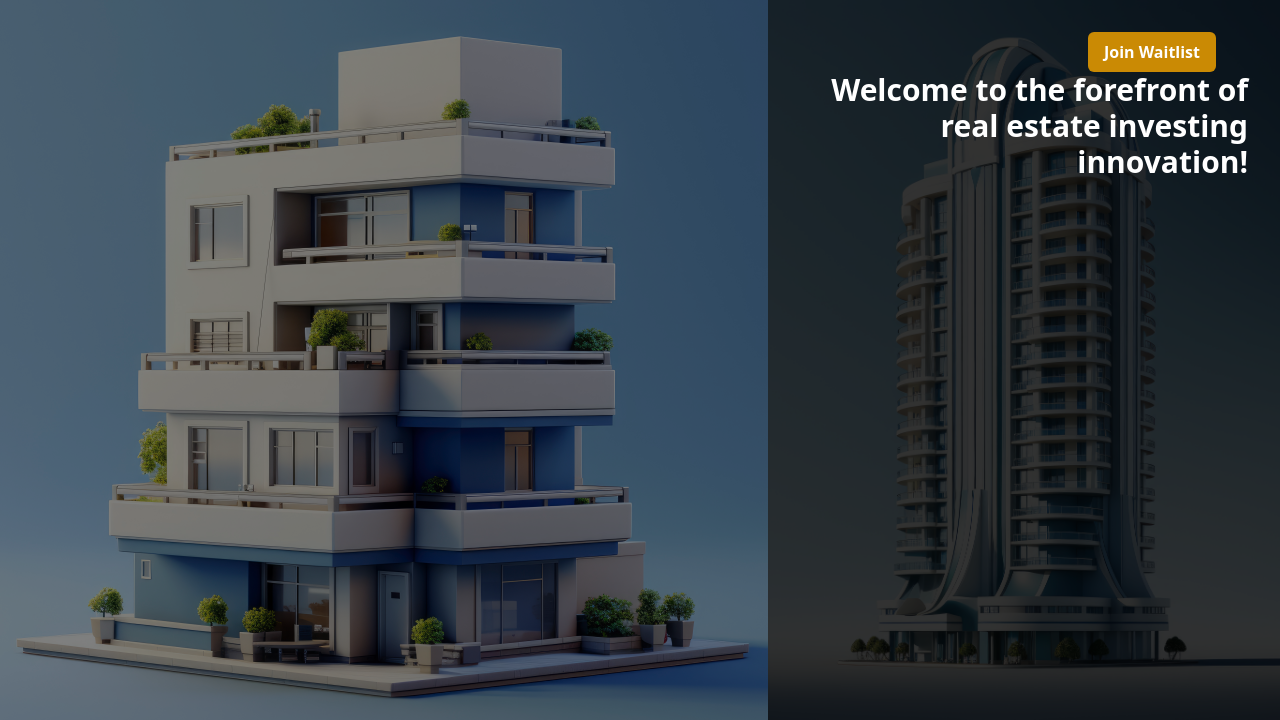
Repository: brytemenz/investnest-landing
Page: /
These files come from the project's save history. The page is drawn as it stood at one moment and after the next save; the edit follows.
The browser window is 1280 px wide. The pictures show the whole page.
The project was rebuilt for these pictures with package versions that can differ from the ones it lists, and the page was loaded fresh each time. Also part of the build but not shown: vite.config.js.

Above is the page before, as saved 2024-05-28 19:14:25.

### src/main.jsx
// src/main.jsx
import 'antd/dist/reset.css';
import './index.css';
import './landingPage.css';
import React from 'react';
import ReactDOM from 'react-dom/client';
import App from './App';

ReactDOM.createRoot(document.getElementById('root')).render(
  <React.StrictMode>
    <App />
  </React.StrictMode>
);

### src/landingPage.css
/* src/landingPage.css */
.bg-cover {
  background-size: cover;
}

.bg-center {
  background-position: center;
}

### src/App.jsx
// src/App.jsx
import React from 'react';
import LandingPage from './pages/landingPage';

const App = () => {
  return (
    <LandingPage />
  );
};

export default App;

### src/pages/landingPage.jsx
// src/pages/LandingPage.jsx
import React from 'react';
import leftImage from '../assets/leftimage.jpg';
import rightImage from '../assets/rightimage.jpg';
import '../landingPage.css';

const LandingPage = () => {
  return (
    <div className="flex min-h-screen">
      <div className="w-3/5 relative">
        <div className="absolute inset-0 bg-black bg-opacity-50"></div>
        <div className="bg-cover bg-center h-full" style={{ backgroundImage: `url(${leftImage})` }}></div>
      </div>
      <div className="w-2/5 relative">
        <div className="bg-cover bg-center h-full" style={{ backgroundImage: `url(${rightImage})` }}>
          <div className="absolute inset-0 bg-black bg-opacity-80 flex flex-col justify-start items-end text-white px-8">
            <button className="bg-yellow-600 text-white px-4 py-2 rounded-md font-bold mt-8 mr-8">Join Waitlist</button>
            <div className="text-right">
              <h2 className="text-3xl font-bold mb-4">Welcome to the forefront of real estate investing innovation!</h2>
            </div>
          </div>
        </div>
      </div>
    </div>
  );
};

export default LandingPage;

Loaded but not shown: src/index.css (common file); tailwind.config.js (common file)

After the next save:
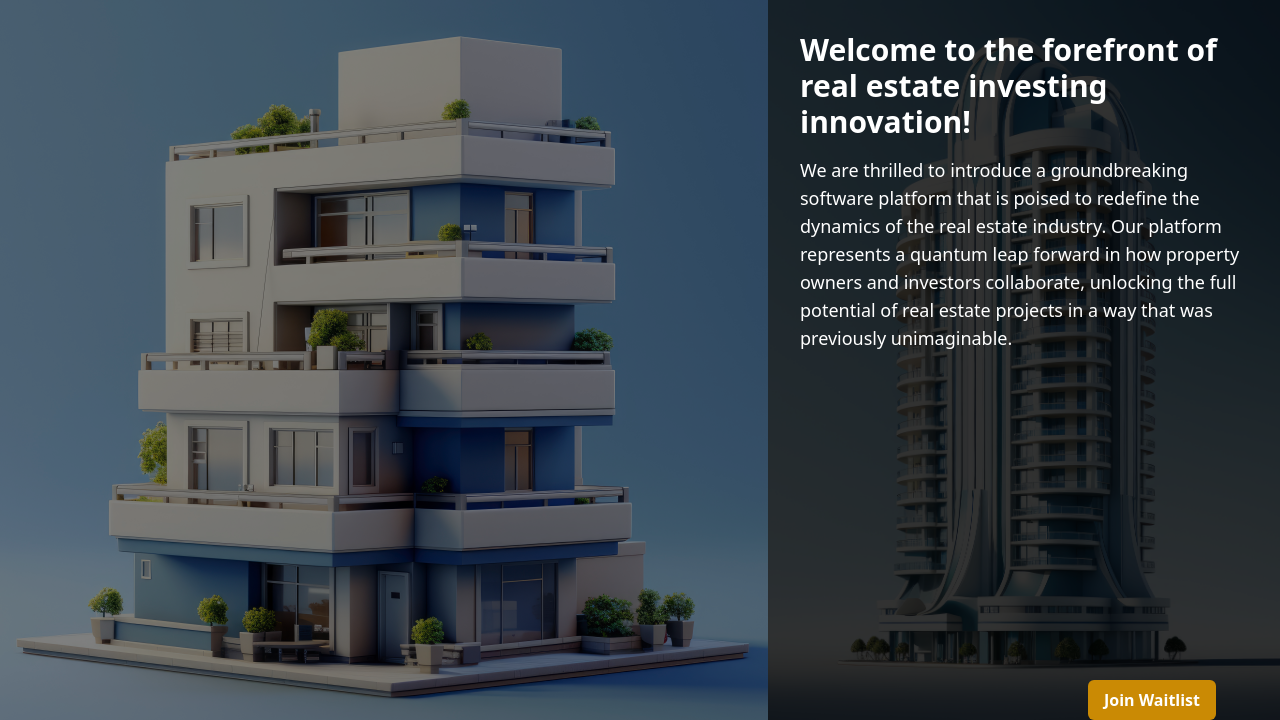
Saved 51 s later.
--- a/src/pages/landingPage.jsx
+++ b/src/pages/landingPage.jsx
@@ -11,13 +11,14 @@ const LandingPage = () => {
         <div className="absolute inset-0 bg-black bg-opacity-50"></div>
         <div className="bg-cover bg-center h-full" style={{ backgroundImage: `url(${leftImage})` }}></div>
       </div>
-      <div className="w-2/5 relative">
+      <div className="w-2/5 relative flex flex-col justify-between">
         <div className="bg-cover bg-center h-full" style={{ backgroundImage: `url(${rightImage})` }}>
-          <div className="absolute inset-0 bg-black bg-opacity-80 flex flex-col justify-start items-end text-white px-8">
-            <button className="bg-yellow-600 text-white px-4 py-2 rounded-md font-bold mt-8 mr-8">Join Waitlist</button>
-            <div className="text-right">
+          <div className="absolute inset-0 bg-black bg-opacity-80 flex flex-col justify-start text-white px-8">
+            <div className="mt-8">
               <h2 className="text-3xl font-bold mb-4">Welcome to the forefront of real estate investing innovation!</h2>
+              <p className="text-lg mb-6">We are thrilled to introduce a groundbreaking software platform that is poised to redefine the dynamics of the real estate industry. Our platform represents a quantum leap forward in how property owners and investors collaborate, unlocking the full potential of real estate projects in a way that was previously unimaginable.</p>
             </div>
+            <button className="bg-yellow-600 text-white px-4 py-2 rounded-md font-bold self-end mt-auto mr-8">Join Waitlist</button>
           </div>
         </div>
       </div>
